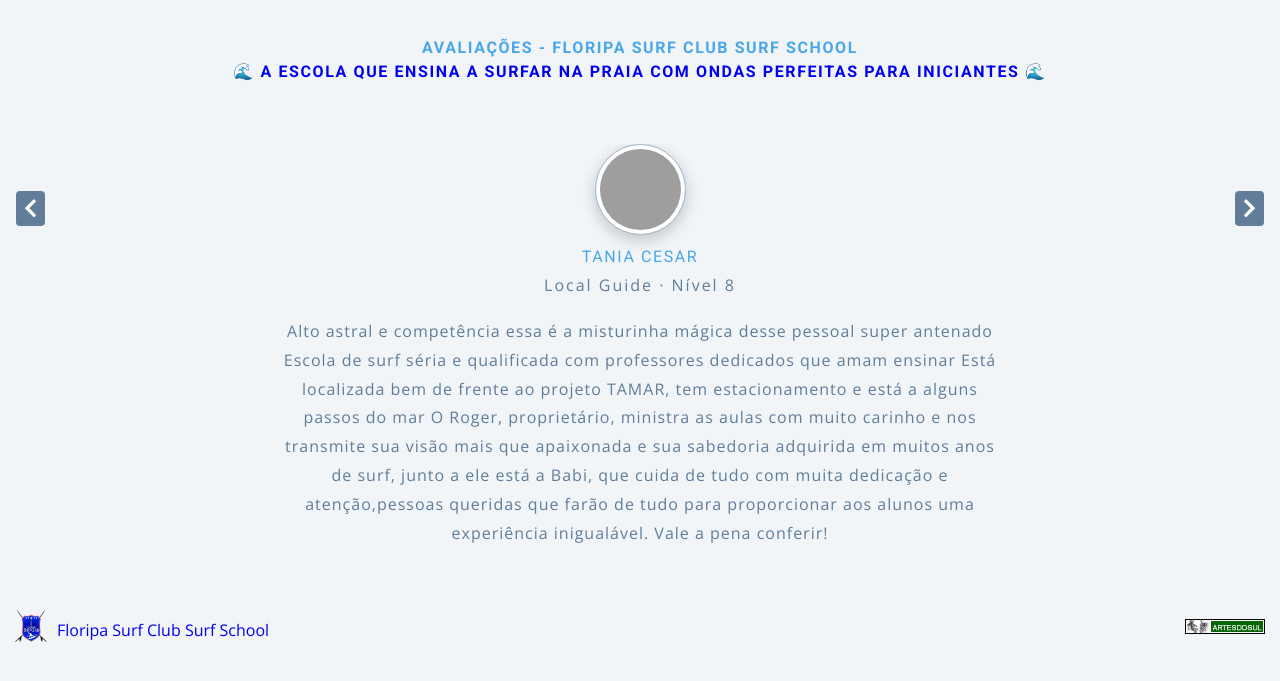
Repository: araguaci/floripasurfclub-reviews
Page: index.html
The author's editor kept a copy of each file at every save. The page is drawn from the files as they stood at one save, then again after the next save.
The browser window is 1280 px wide. The pictures show the whole page.
Pictures or frames that could not be fetched are drawn as grey boxes. Some web libraries are served in a nearby version.

Above is the page before, as saved 2021-08-23 21:18:41.

### index.html
<!DOCTYPE html>
<html lang="en">
  <head>
    <meta charset="UTF-8" />
    <meta name="viewport" content="width=device-width, initial-scale=1.0" />
    <title>Avaliações - Floripa Surf Club Surf School</title>
    <meta name="viewport"
      content="Floripa Surf Club Surf School
        🌊 a escola que ensina a surfar na praia com ondas perfeitas para iniciantes 🌊
        🌊 Surf School and Trips 🏄‍♀️🏄
        🌊 Free Surf 🌎 Barra da Lagoa 🌊
        🌊 Em frente ao Projeto Tamar 🌊
        Santa Catarina - Brasil "
    />
    <meta name="description"
      content="Floripa Surf Club Surf School
        🌊 a escola que ensina a surfar na praia com ondas perfeitas para iniciantes 🌊
        🌊 Surf School and Trips 🏄‍♀️🏄
        🌊 Free Surf 🌎 Barra da Lagoa 🌊
        🌊 Em frente ao Projeto Tamar 🌊
        Santa Catarina - Brasil "
    />
    <link rel="shortcut icon" type="image/x-icon" href="./favicon.ico" />
    <!-- font-awesome -->
    <link
      rel="stylesheet"
      href="https://cdnjs.cloudflare.com/ajax/libs/font-awesome/5.14.0/css/all.min.css"
    />

    <!-- stylesheet -->
    <link rel="stylesheet" href="styles.css" />
  </head>
  <body>
    <section class="slider">
      <div class="reviews">
        <h4>Avaliações - Floripa Surf Club Surf School</h4>
        <h4><a href="http://www.floripasurfclub.com.br/">🌊 A escola que ensina a surfar na praia com ondas perfeitas para iniciantes 🌊</a></h4>
      </div>
      <div class="slide-container">
        <!-- <article class="slide">
          <img
            src="https://res.cloudinary.com/diqqf3eq2/image/upload/c_scale,w_200/v1595959121/person-1_aufeoq.jpg"
            class="img"
            alt="peter doe"
          />
          <h4>peter doe</h4>
          <p class="title">product designer</p>
          <p class="text">
            Lorem ipsum dolor sit amet consectetur adipisicing elit. Quidem quo
            eius recusandae officia voluptas sint deserunt dicta nihil nam
            omnis?
          </p>
          <div class="quote-icon">
            <i class="fas fa-quote-right"></i>
          </div>
        </article> -->
        <p>Fonte: <a href="https://www.google.com/maps/place/Floripa+Surf+Club+Surf+School/@-27.5722772,-48.4276483,3a,75y/data=!3m7!1e2!3m5!1sAF1QipNeZv-e5wVZk1upf5xb2Mxlu2Z3TG-rbVS8ihxQ!2e10!6shttps:%2F%2Flh5.googleusercontent.com%2Fp%2FAF1QipNeZv-e5wVZk1upf5xb2Mxlu2Z3TG-rbVS8ihxQ%3Dw150-h150-k-no-p!7i720!8i720!4m11!1m2!2m1!1sfloripa+surfclub!3m7!1s0x95273f5658129455:0xe63707f3e5b0a90b!8m2!3d-27.5722772!4d-48.4276483!9m1!1b1!15sChBmbG9yaXBhIHN1cmZjbHVikgENc3BvcnRzX3NjaG9vbA">Google Maps</a></p>
      </div>
      <!-- buttons -->
      <!-- prev btn -->
      <button class="btn prev-btn">
        <i class="fas fa-chevron-left"></i>
      </button>
      <!-- next button -->
      <button class="btn next-btn">
        <i class="fas fa-chevron-right"></i>
      </button>
    </section>
    <div class="footer" style="background-color: rgb(54, 47, 47);">
      <span style="float: left; margin-left: 15px; margin-bottom: 23px;"><a href="http://www.floripasurfclub.com.br/" title="Floripa Surf Club Surf School – a escola que ensina a surfar na praia com ondas perfeitas para iniciantes"><img src="./floripasurfclub.png" width="32" height="32" alt="" style="vertical-align: bottom; margin-right: 10px;"/>Floripa Surf Club Surf School</a></span>
      <span style="float: right; ; margin-right: 15px; vertical-align: bottom; margin-bottom: 23px;"><a href="http://www.artesdosul.com" title="Design & Hosted by Artes so Sul" style="vertical-align: bottom;"><img src="./artesdosul.jpg" style="vertical-align: bottom;"></a></span>
    </div>
    <script type="module" src="app.js"></script>
  </body>
</html>

### styles.css
/*
===============
Fonts
===============
*/
@import url("https://fonts.googleapis.com/css?family=Open+Sans|Roboto:400,700&display=swap");

/*
===============
Variables
===============
*/

:root {
  /* dark shades of primary color*/
  --clr-primary-1: hsl(205, 86%, 17%);
  --clr-primary-2: hsl(205, 77%, 27%);
  --clr-primary-3: hsl(205, 72%, 37%);
  --clr-primary-4: hsl(205, 63%, 48%);
  /* primary/main color */
  --clr-primary-5: hsl(205, 78%, 60%);
  /* lighter shades of primary color */
  --clr-primary-6: hsl(205, 89%, 70%);
  --clr-primary-7: hsl(205, 90%, 76%);
  --clr-primary-8: hsl(205, 86%, 81%);
  --clr-primary-9: hsl(205, 90%, 88%);
  --clr-primary-10: hsl(205, 100%, 96%);
  /* darkest grey - used for headings */
  --clr-grey-1: hsl(209, 61%, 16%);
  --clr-grey-2: hsl(211, 39%, 23%);
  --clr-grey-3: hsl(209, 34%, 30%);
  --clr-grey-4: hsl(209, 28%, 39%);
  /* grey used for paragraphs */
  --clr-grey-5: hsl(210, 22%, 49%);
  --clr-grey-6: hsl(209, 23%, 60%);
  --clr-grey-7: hsl(211, 27%, 70%);
  --clr-grey-8: hsl(210, 31%, 80%);
  --clr-grey-9: hsl(212, 33%, 89%);
  --clr-grey-10: hsl(210, 36%, 96%);
  --clr-white: #fff;
  --clr-red-dark: hsl(360, 67%, 44%);
  --clr-red-light: hsl(360, 71%, 66%);
  --clr-green-dark: hsl(125, 67%, 44%);
  --clr-green-light: hsl(125, 71%, 66%);
  --clr-black: #222;
  --ff-primary: "Roboto", sans-serif;
  --ff-secondary: "Open Sans", sans-serif;
  --transition: all 0.3s linear;
  --spacing: 0.1rem;
  --radius: 0.25rem;
  --light-shadow: 0 5px 15px rgba(0, 0, 0, 0.1);
  --dark-shadow: 0 5px 15px rgba(0, 0, 0, 0.2);
  --max-width: 1170px;
  --fixed-width: 620px;
}
/*
===============
Global Styles
===============
*/

*,
::after,
::before {
  margin: 0;
  padding: 0;
  box-sizing: border-box;
}
body {
  font-family: var(--ff-secondary);
  background: var(--clr-grey-10);
  color: var(--clr-grey-1);
  line-height: 1.5;
  font-size: 0.875rem;
}
ul {
  list-style-type: none;
}
a {
  text-decoration: none;
}
h1,
h2,
h3,
h4 {
  letter-spacing: var(--spacing);
  text-transform: capitalize;
  line-height: 1.25;
  margin-bottom: 0.75rem;
  font-family: var(--ff-primary);
}
h1 {
  font-size: 3rem;
}
h2 {
  font-size: 2rem;
}
h3 {
  font-size: 1.25rem;
}
h4 {
  font-size: 1rem;
  font-weight: bold;
}
p {
  margin-bottom: 1.25rem;
  color: var(--clr-grey-5);
}
@media screen and (min-width: 800px) {
  h1 {
    font-size: 4rem;
  }
  h2 {
    font-size: 2.5rem;
  }
  h3 {
    font-size: 1.75rem;
  }
  h4 {
    font-size: 1rem;
    font-weight: bold;
  }
  body {
    font-size: 1rem;
  }
  h1,
  h2,
  h3,
  h4 {
    line-height: 1;
  }
}

.section-center {
  width: 90vw;
  margin: 0 auto;
  max-width: 1170px;
}
@media screen and (min-width: 992px) {
  .section-center {
    width: 95vw;
  }
}
main {
  min-height: 100vh;
  display: grid;
  place-items: center;
}

/*
===============
Slider Styles
===============
*/
section {
  width: 85vw;
  margin: 0 auto;
  margin-top: 1.0rem;
  text-align: center;
  padding: 1rem 0;
  /* set relative for buttons */
  position: relative;
}
.reviews {
  margin-bottom: 4rem;
}
.reviews h2, .reviews h4 {
  display: flex;
  align-items: center;
  justify-content: center;
}
.reviews h4 {
  font-weight: bold;
}
.reviews span {
  font-size: 0.85em;
  color: var(--clr-primary-5);
  margin-right: 1rem;
}
.img {
  width: 91px;
  height: 91px;
  object-fit: cover;
  border: 1px solid var(--clr-grey-7);
  background: var(--clr-white);
  padding: 0.25rem;
  border-radius: 50%;
  box-shadow: var(--dark-shadow);
}
h4 {
  text-transform: uppercase;
  font-weight: 500;
  color: var(--clr-primary-5);
  letter-spacing: var(--spacing);
  margin: 0.5rem 0;
}
.title {
  margin-bottom: 1.25rem;
  letter-spacing: 2px;
  text-transform: capitalize;
}
.text {
  color: var(--clr-grey-5);
  line-height: 1.8;
  max-width: 45em;
  margin: 0 auto;
  letter-spacing: 1px;
}

.icon:hover {
  transform: scale(1.1);
  opacity: 0.8;
}
.quote-icon {
  font-size: 3rem;
  margin-top: 2rem;
  color: var(--clr-primary-5);
}
/* set buttons */
.btn {
  position: absolute;
  top: 175px;
  background: var(--clr-grey-5);
  color: var(--clr-white);
  padding: 0.25rem 0.35rem;
  border-radius: 0.25rem;
  border: transparent;
  cursor: pointer;
}
.next-btn {
  right: -0.5rem;
}
.prev-btn {
  left: -0.5rem;
}
@media screen and (min-width: 768px) {
  .next-btn {
    right: -5rem;
  }
  .prev-btn {
    left: -5rem;
  }
  .btn {
    font-size: 1.3rem;
    padding: 0.35rem 0.5rem;
  }
  .quote-icon {
    font-size: 4rem;
  }
}

/* MORE CSS FOR JS */

.slide-container {
  display: flex;
  position: relative;
  height: 450px;
  overflow: hidden;
}

.slide {
  position: absolute;
  top: 0;
  left: 0;
  width: 100%;
  height: 100%;
  transition: all 0.3s ease-in-out;
  opacity: 0;
}
.slide.active {
  opacity: 1;
  transform: translateX(0);
}
.slide.next {
  transform: translateX(100%);
}
.slide.last {
  transform: translateX(-100%);
}

### app.js
import data from "./data.js";
const container = document.querySelector(".slide-container");
const nextBtn = document.querySelector(".next-btn");
const prevBtn = document.querySelector(".prev-btn");
// if length is 1 hide buttons
if (data.length === 1) {
  nextBtn.style.display = "none";
  prevBtn.style.display = "none";
}
// if length is 2, add copies of slides
let people = [...data];
if (data.length === 2) {
  people = [...data, ...data];
}
container.innerHTML = people
  .map((person, slideIndex) => {
    const { img, name, job, text } = person;
    let position = "next";
    if (slideIndex === 0) {
      position = "active";
    }
    if (slideIndex === people.length - 1) {
      position = "last";
    }
    if (data.length <= 1) {
      position = "active";
    }
    return `<article class="slide ${position}">
  <img src=${img} class="img" alt="${name}"/>
  <h4>${name}</h4>
  <p class="title">${job}</p>
  <p class="text">
   ${text}
  </p>
 </article>`;
  })
  .join("");

const startSlider = (type) => {
  // get all three slides active,last next
  const active = document.querySelector(".active");
  const last = document.querySelector(".last");
  let next = active.nextElementSibling;
  if (!next) {
    next = container.firstElementChild;
  }
  active.classList.remove(["active"]);
  last.classList.remove(["last"]);
  next.classList.remove(["next"]);

  if (type === "prev") {
    active.classList.add("next");
    last.classList.add("active");
    next = last.previousElementSibling;
    if (!next) {
      next = container.lastElementChild;
    }
    next.classList.remove(["next"]);
    next.classList.add("last");
    return;
  }
  active.classList.add("last");
  last.classList.add("next");
  next.classList.add("active");
};
nextBtn.addEventListener("click", () => {
  startSlider();
});
prevBtn.addEventListener("click", () => {
  startSlider("prev");
});

### data.js
const people = [
  {
    img:
      "https://lh3.googleusercontent.com/a-/AOh14Giu0kiWyS2TqMwVEJ1al1_fpSVvwjTqir82_8H4-A=w60-h60-p-rp-mo-ba6-br100",
    name: "Tania Cesar",
    job: "Local Guide · Nível 8",
    text: `Alto astral e competência essa é a misturinha mágica desse pessoal super antenado
    Escola de surf séria e qualificada com professores dedicados que amam ensinar
    Está localizada bem de frente ao projeto TAMAR, tem estacionamento e está a alguns passos do mar
    O Roger, proprietário, ministra as aulas com muito carinho e nos transmite sua visão mais que apaixonada e sua sabedoria adquirida em muitos anos de surf, junto a ele está a Babi, que cuida de tudo com muita dedicação e atenção,pessoas queridas que farão de tudo para proporcionar aos alunos uma experiência inigualável.
    Vale a pena conferir!`,
  },
  {
    img:
      "https://lh3.googleusercontent.com/a-/AOh14GiYjYRznwekXx5B-5pkouNsyKt9njs5WctHDGFmWQI=w60-h60-p-rp-mo-br100",
    name: "Cesar Lopes",
    job: "Local Guide · Nível 2",
    text: `A aula é excelente, tudo em volta favorece, local, professor e material. Recomendo bastante`,
  },
  {
    img:
      "https://lh3.googleusercontent.com/a-/AOh14GgDzGFLzrlMZXo79mGsCE17A-hisYfwxj4CTLlsgg=w60-h60-p-rp-mo-ba4-br100",
    name: "Jaqueline Muniz",
    job: "Local Guide · Nível 6",
    text: `Manhã sensacional de surf graças ao Roger e a equipe do Floripa Surf Club! Fomos super bem acolhidos e instruídos. Os equipamentos são novíssimos e de ótima qualidade! Valeu demais!!`,
  },
  {
    img:
      "https://lh3.googleusercontent.com/a-/AOh14Gh6XkPmODM_cSEtolbGRLu3ikdT2PHd3dcjLbnArw=w60-h60-p-rp-mo-ba5-br100",
    name: "M. M. Leal",
    job: "Local Guide · Nível 7",
    text: `Essa escola é simplesmente incrível!!  A cada aula me sinto mais segura e mais confortável mas ondas, logo no primeiro dia já consegui ficar em pé na prancha! Eles tem vários tamanhos de prancha disponíveis e todo o material necessário. As aulas são profissionais e tudo com muito respeito, paciência e didática você se diverte, aprende e se conecta com a natureza e as ondas. Altamente recomendado!!`,
  },
  {
    img:
      "https://lh3.googleusercontent.com/a-/AOh14Gh8OcfW8UpBhIn2HgTVwjr2IgwT1A-fHR8t4rLNXQ=w60-h60-p-rp-mo-ba5-br100",
    name: "Natan Morette",
    job: "Local Guide · Nível 7",
    text: `Roger foi um excelente professor. Aulas muito boas, auto astral de mais. Aprendi a verdadeira essência do surf e me diverti muito. Além de ter evoluído de mais o meu nível de surf`,
  },
  {
    img:
      "https://lh3.googleusercontent.com/a-/AOh14GjHWM6SS1DVT6zLS50jgyPwNiRUPS9-ZbThNKiV5wY=w60-h60-p-rp-mo-br100",
    name: "ISABEL FAGUNDES",
    job: "",
    text: `Simplesmente Maravilhoso! Profs atenciosos e de ótima comunicação! Realmente amam o surf!  Minha filha fez a aula e super amou! Realização! Obrigada e parabéns!`,
  },
  {
    img:
      "https://lh3.googleusercontent.com/a/AATXAJxMuxno1G7MPdT0GL03WJO0U0C4l-refb-5gti_=w60-h60-p-rp-mo-br100",
    name: "Vinícius Pavan",
    job: "",
    text: `Entrei para uma escola de surf e ganhei uma família para a prática do esporte. Tudo impecável em cada detalhe e em poucas aulas a evolução foi muito grande.
    A equipe é incrível, especialmente o Roger que nos pegou pela mão e ensinou cada detalhe não apenas técnico como comportamental, ético moral do surf. Só tenho a agradecer!!`,
  },
  {
    img:
      "https://lh3.googleusercontent.com/a-/AOh14Gjdgf3fnxikdAAKotnWX4N-AfRUTeGsV2paQeAbHg=w60-h60-p-rp-mo-br100",
    name: "Leonardo",
    job: "",
    text: `Aulas muito boas e excelentes profissionais. Todos estão de parabéns pelo trabalho e pela energia dentro e fora da água. Valeu, galera!`,
  },
  {
    img:
      "https://lh3.googleusercontent.com/a-/AOh14GgYC2TEO3bykkbIRnAGhidciWzA_bbK2IwqC7jv-Q=w60-h60-p-rp-mo-br100",
    name: "Vinicius Paulino",
    job: "",
    text: `Além dos equipamentos de qualidade os ensinamentos praticos, teoricos e a vibe dos professores garetem o surf na sua essência com seguranca evolucao e diversão garantida...`,
  },
  {
    img:
      "https://lh3.googleusercontent.com/a-/AOh14GgBeeZeJouQSUSck3TaOql5MmivzKjsEiM6b6gBKw=w60-h60-p-rp-mo-br100",
    name: "Lafayette Baesso",
    job: "",
    text: `Sem palavras. Tive aula com o Roger e ele é um professor excepcional. Se você está em dúvida, confia. Eu recomendaria até para a minha vó hahaha`,
  },
  {
    img:
      "https://lh3.googleusercontent.com/a-/AOh14GgIEiEbekl7n1jcIFaYW8tIN4aDMkPyKZjRgtdEeA=w60-h60-p-rp-mo-br100",
    name: "Céu do Momento - Astrologia no seu dia a dia",
    job: "",
    text: `É o Guilherme aqui! Nossa senhora as aulas do Floripa Surf Club são SENSACIONAIS! Cheguei a pouco tempo em Floripa e fui super bem recibido pelos professores... Roger e Leo obrigado pelo alto astral e por cada aula incrível... Surf está se tornando minha paixão!! Gratidão imensa!!`,
  },
  {
    img:
      "https://lh3.googleusercontent.com/a-/AOh14GjyLIO18HSIUwV_6_YzdPu2li3c8bXKtV5DYDLQWA=w60-h60-p-rp-mo-br100",
    name: "Guilherme Sperandio",
    job: "",
    text: `Super recomendo as aulas do Roger e do Léo. Eles focam nos detalhes que cada iniciante precisa e a energia da aula é fantástica. Podem confiar que vale muito a pena. Gratidão, Roger e turma.`,
  },
  {
    img:
      "https://lh3.googleusercontent.com/a-/AOh14GgIvz6sGDumpCZobrTJK8TXte5bTZ2y8ftCMyXzxA=w60-h60-p-rp-mo-br100",
    name: "Ligia Salermo",
    job: "",
    text: `Professor ótimo, pessoal super gentil e simpático, fui bem atendida, lugar para trocar para mulheres bem reservado, me emprestaram cadeira de praia, tudo isso extra à aula de surf que foi excelente! Indico com certeza`,
  }
];

export default people;

After the next save:
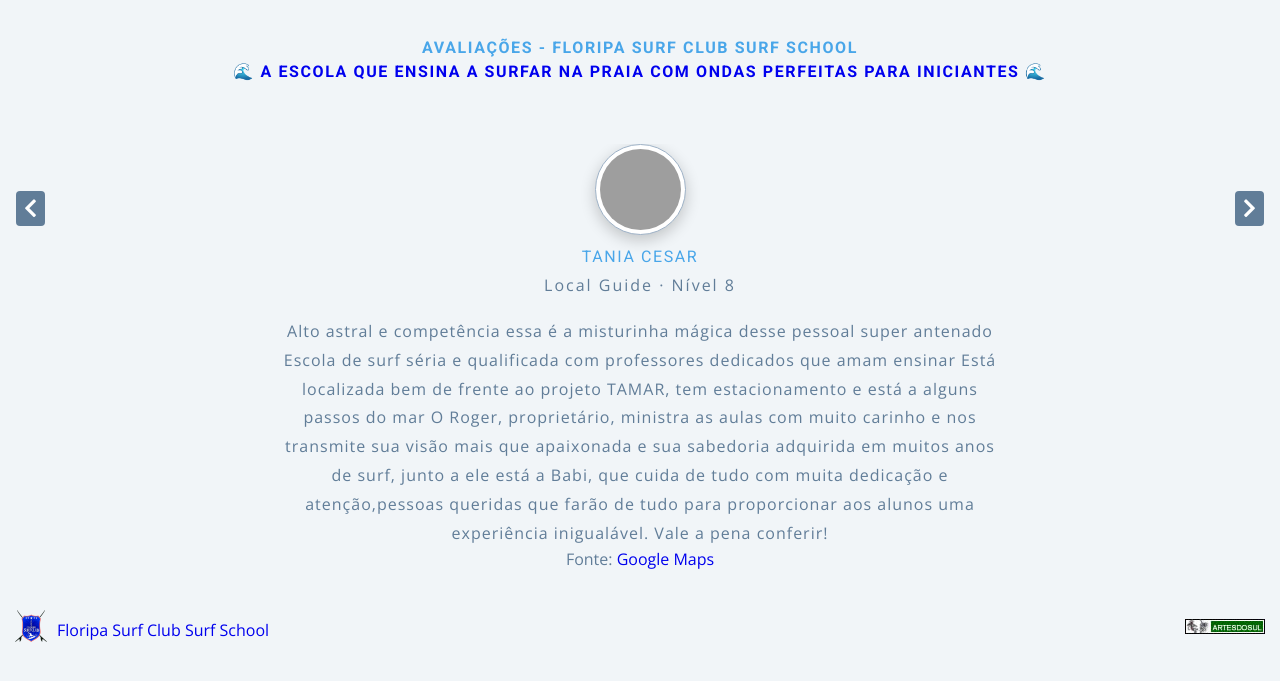
Saved 20 s later.
--- a/app.js
+++ b/app.js
@@ -32,6 +32,7 @@
   <p class="text">
    ${text}
   </p>
+  <p>Fonte: <a href="https://www.google.com/maps/place/Floripa+Surf+Club+Surf+School/@-27.5722772,-48.4276483,3a,75y/data=!3m7!1e2!3m5!1sAF1QipNeZv-e5wVZk1upf5xb2Mxlu2Z3TG-rbVS8ihxQ!2e10!6shttps:%2F%2Flh5.googleusercontent.com%2Fp%2FAF1QipNeZv-e5wVZk1upf5xb2Mxlu2Z3TG-rbVS8ihxQ%3Dw150-h150-k-no-p!7i720!8i720!4m11!1m2!2m1!1sfloripa+surfclub!3m7!1s0x95273f5658129455:0xe63707f3e5b0a90b!8m2!3d-27.5722772!4d-48.4276483!9m1!1b1!15sChBmbG9yaXBhIHN1cmZjbHVikgENc3BvcnRzX3NjaG9vbA">Google Maps</a></p>
  </article>`;
   })
   .join("");
